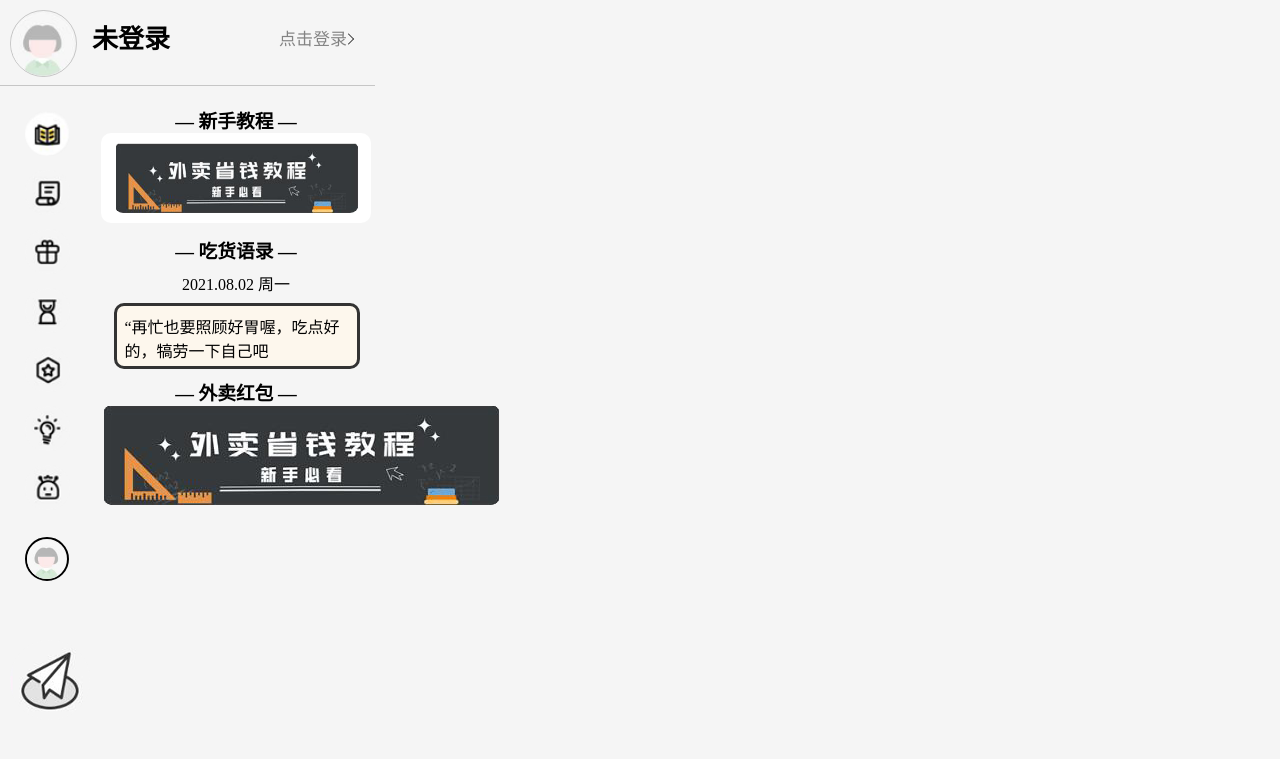
Repository: Privatexiao/projects
Page: Takeout assistant/index.html
The author's editor kept a copy of each file at every save. The page is drawn from the files as they stood at one save, then again after the next save.
The browser window is 1280 px wide. The pictures show the whole page.

Above is the page before, as saved 2021-08-02 17:23:00.

### Takeout assistant/index.html
<!DOCTYPE html>
<html lang="en">
<head>
    <meta charset="UTF-8">
    <meta http-equiv="X-UA-Compatible" content="IE=edge">
    <meta name="viewport" content="width=device-width, initial-scale=1.0">
    <script src="js/vue.js" type="text/javascript"></script>
    <script src="js/require.js" type="text/javascript"></script>
    <link href="css/index.css"  rel="stylesheet" type="text/css">
    <title>Document</title>
</head>
<body>
    <div id="app">
        <div class="bar">
            <div class="HeadPortrait"><a href="javaScript:"><img :src="userInfo.avatar"></div><span class="NoHeadPortrait">{{NoHeadPortrait}}</span></a>
            <div class="TheLogin">
                <a href="javaScript:">{{HeadPortrait}}<img src="img/Put It away.png"></a>
            </div>
        </div>
        <div class="LeftBar">
            <ul>
                <!-- <li v-for="(item, index) of list"
                    :key="index"
                    :class="{active:index == num}"
                    @click="addClassName(index)"
        >

        <img v-show="num!=index" :class="item.icon" src="img/新手教程.png"></img>
        <img v-show="num==index" :class="item.active" src="img/新手教程two.png"></img>

        <img v-show="num!=index" :class="item.icon" src="img/吃货语录.png"></img>
        <img v-show="num==index" :class="item.active" src="img/吃货语录two.png"></img>

        <img v-show="num!=index" :class="item.icon" src="img/外卖红包.png"></img>
        <img v-show="num==index" :class="item.active" src="img/外卖红包two.png"></img>

        <img v-show="num!=index" :class="item.icon" src="img/饭补活动.png"></img>
        <img v-show="num==index" :class="item.active" src="img/饭补活动two.png"></img>

        <img v-show="num!=index" :class="item.icon" src="img/大作战.png"></img>
        <img v-show="num==index" :class="item.active" src="img/大作战two.png"></img>

        <img v-show="num!=index" :class="item.icon" src="img/今天吃什么.png"></img>
        <img v-show="num==index" :class="item.active" src="img/今天吃什么two.png"></img>

                </li> -->
                <li><a href="#top1"><img src="img/新手教程two.png"></a></li>
                <li><a href="#top2"><img src="img/吃货语录.png"></a></li>
                <li><a href="#top3"><img src="img/外卖红包.png"></a></li>
                <li><a href="#top4"><img src="img/饭补活动.png"></a></li>
                <li><a href="#top5"><img src="img/大作战.png"></a></li>
                <li><a href="#top6"><img src="img/今天吃什么.png"></a></li>
                <li><a href="#top7"><img src="img/客服微信.png"></a></li>
                <li class="fot1"><a href="#top8"><img src="img/头像.png"></a></li>
                <li class="fot2"><a href="#top9"><img src="img/小飞机.png"></a></li>
            </ul>
        </div>

        <div class="TheTutorial"><a name="top1">
            <h3>—&nbsp;新手教程&nbsp;—</h3>
            <div class="xsjc_bj"><img src="img/新手教程nr.png"></div>
        </a></div>

        <div class="VersionQuotation"><a name="top2">
            <h3>—&nbsp;吃货语录&nbsp;—</h3>
            <div class="chyl_bj">
                <p>2021.08.02&nbsp;周一</p>
                <div class="chyl_nr">
                    <p>“再忙也要照顾好胃喔，吃点好的，犒劳一下自己吧</p>
                </div>
        </a></div>

        <div class="take_out"><a name="top3">
            <h3>—&nbsp;外卖红包&nbsp;—</h3>
            <div class="wmhb_bj">
                <img src="img/新手教程nr.png"></div>
        </a></div>
    </div>



    <script>
        let app = new Vue({
            el:'#app',
            data:{
                NoHeadPortrait:"未登录",
                HeadPortrait:"点击登录",
                userInfo:{
                    avatar:'img/头像.png'
                },

    //     list: [
    //     {
    //       icon: "iconfont icon-wode",  //原始显示的图标
    //       active: "iconfont icon-shouye", //点击之后要显示的图标
    //     },
    //     {
    //     icon: "iconfont icon-icon",
    //     active: "iconfont icon-gouwuche",
    //     },
    //     {
    //     icon: "iconfont icon-gouwuche",
    //     active: "iconfont icon-icon",
    //     },
    //     {
    //     icon: "iconfont icon-wode",
    //     active: "iconfont icon-shouye",
    //     }
    // ],
    // num: 0,
    // tabName: ""
    // },
    // methods: {
    // addClassName: function(index) {
    //     console.log(index);
    //     this.num = index;
    // }

            }
        })
    </script>
</body>
</html>

### Takeout assistant/css/index.css
/* 全局配置 */
body{
    width: 375px;
    height: 667px;
    min-width: 375px;
    background-color: rgb(245,245,245);
}
a{
    text-decoration: none;
    color: black;
}
*{
    padding: 0;
    margin: 0;
}
ul,ol{
    list-style: none;
}

/* 上面状态栏 */
.bar {
    width: 100%;
    height: 85px;
    float: left;
    border-bottom: 1px solid rgba(136, 136, 136, 0.438);
}
/* 头像 */
.bar .HeadPortrait img{
    margin: 10px 0 0 10px;
    float: left;
    width: 65px;
    height: 65px;
    border: 1px solid rgba(136, 136, 136, 0.438);
    border-radius: 50%;
}
/* 未登录 */
.bar .NoHeadPortrait{
    float: left;
    font-size: 26px;
    font-weight:bold;
    line-height: 80px;
    margin-left: 15px;
}
/* 点击登录 */
.bar .TheLogin a{
    float: right;
    line-height: 80px;
    font-size: 17px;
    margin-right: 20px;
    color: rgba(114, 114, 114, 0.87);
}

/* 左边图标状态栏 */
.LeftBar{
    margin: 15px 0 15px 15px;
    float: left;
}
.LeftBar ul li{
    margin: 10px 0 10px 10px;
    cursor: pointer;
}
.LeftBar ul li img{
    width: 45px;
    height: 45px;
}
.LeftBar ul .fot1 img{
    width: 40px;
    height: 40px;
    border: 2px solid black;
    border-radius: 50%;
    margin-top: 13px;
}
.LeftBar ul .fot2 img{
    width: 80px;
    height: 80px;
    margin: 45px 10px 10px -15px;
}


/* 新手教程 */
.TheTutorial{
    float: left;
    margin: 20px 1px 10px 1px;
    width: 270px;
    height: 90px;
}
/* 新手教程背景白色图片 */
.TheTutorial .xsjc_bj{
    background-color: white;
    width: 270px;
    height: 90px;
    text-align: center;
    border-radius: 10px;
}
/* 新手教程标题 */
.TheTutorial h3,
.VersionQuotation h3,
.take_out h3{
    text-align: center;
}
/* 新手教程内容图片 */
.TheTutorial .xsjc_bj img{
    padding-top: 10px;
    width: 245px;
    height: 70px;
    border-radius: 9px;
}


/* 吃货语录 */
.VersionQuotation{
    float: left;
    margin: 30px 1px 10px 1px;
    width: 270px;
    height: 90px;
}
.VersionQuotation p{
    text-align: center;
    padding: 8px;
}
.VersionQuotation .chyl_bj{
    mar
    background-color: white;
    width: 270px;
    height: 115px;
    text-align: center;
    border-radius: 10px;
}
.VersionQuotation .chyl_nr{
    background-color: rgb(253,247,237);
    width: 240px;
    height: 60px;
    border-radius: 10px;
    border: 3px solid rgb(51,51,51);
    margin-left: 12.5px;
}
.VersionQuotation .chyl_nr p{
    text-align: left;
}

Loaded but not shown: Takeout assistant/js/vue.js (library); Takeout assistant/js/require.js (2145 lines, source omitted)

After the next save:
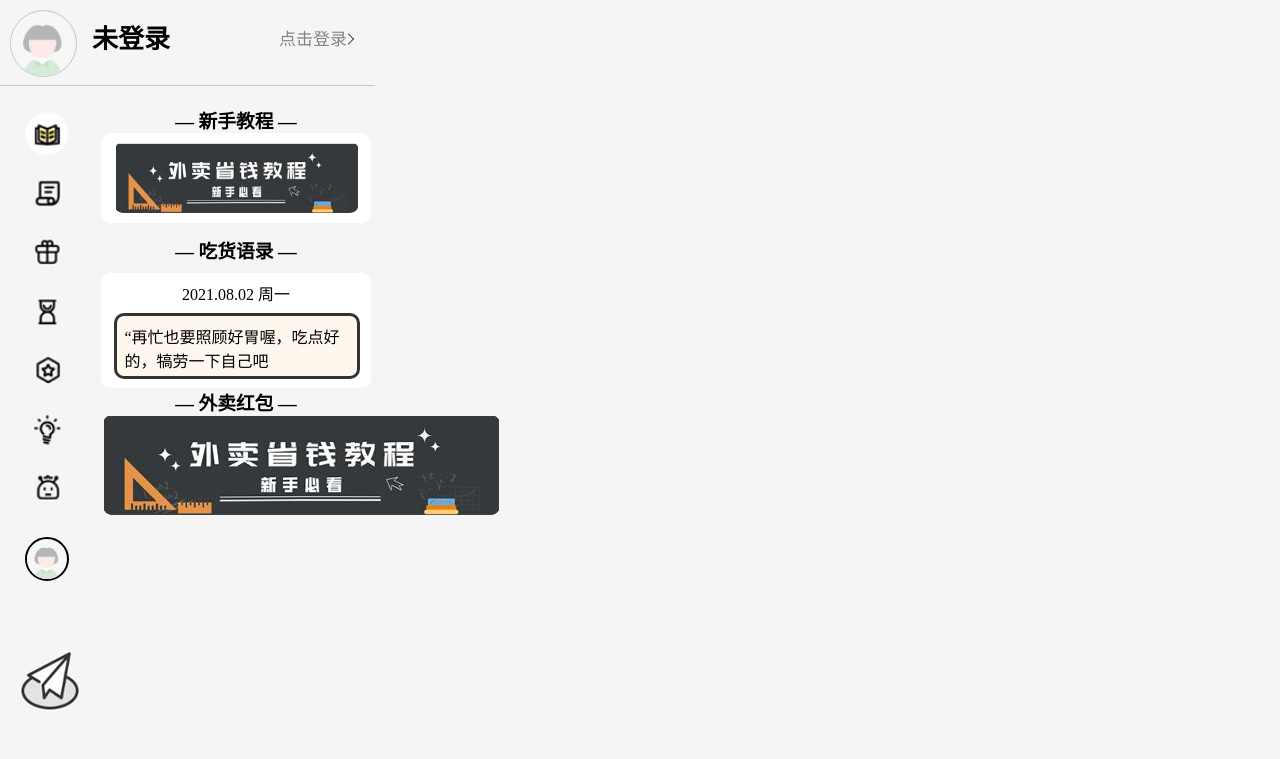
Saved 4 s later.
--- a/Takeout assistant/css/index.css
+++ b/Takeout assistant/css/index.css
@@ -119,7 +119,7 @@ ul,ol{
     padding: 8px;
 }
 .VersionQuotation .chyl_bj{
-    mar
+    margin-top: 10px;
     background-color: white;
     width: 270px;
     height: 115px;
